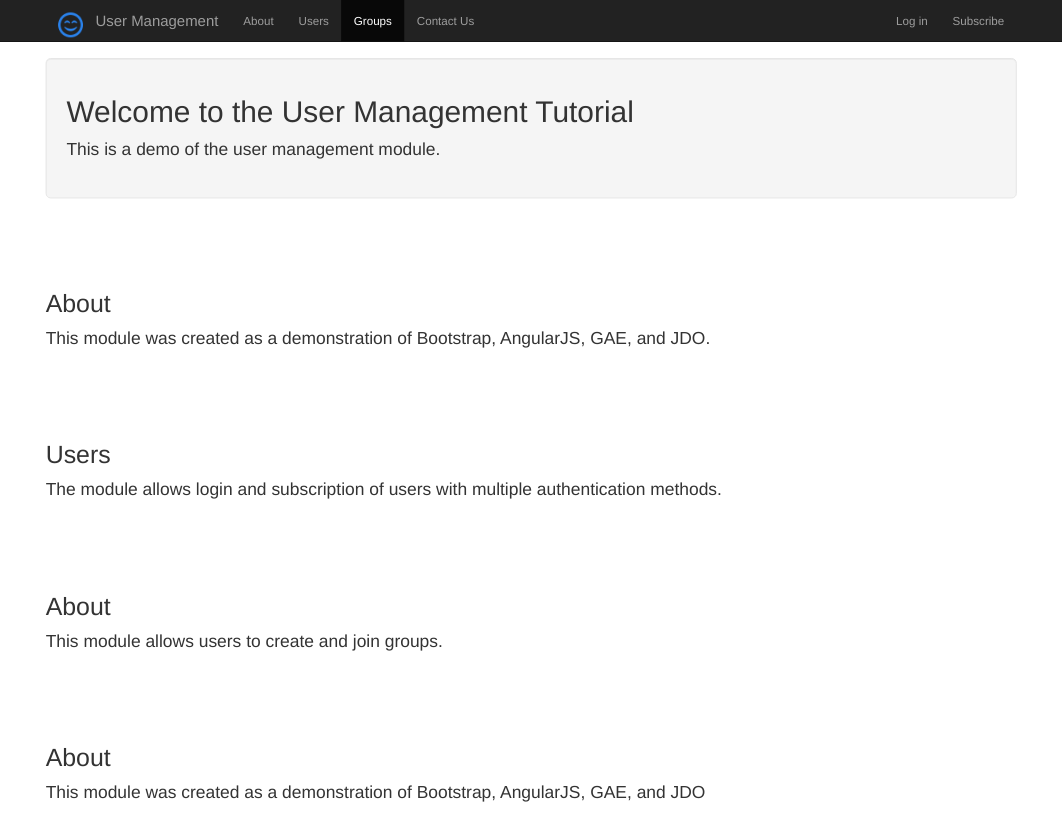
Repository: screenhunter/UMT
Page: UserManagement/war/guest/guest.html
The author's editor kept a copy of each file at every save. The page is drawn from the files as they stood at one save, then again after the next save.
The browser window is 1280 px wide. The pictures show the whole page, at 83% of full size.

Above is the page before, as saved 2015-07-29 17:35:29.

After the next save:
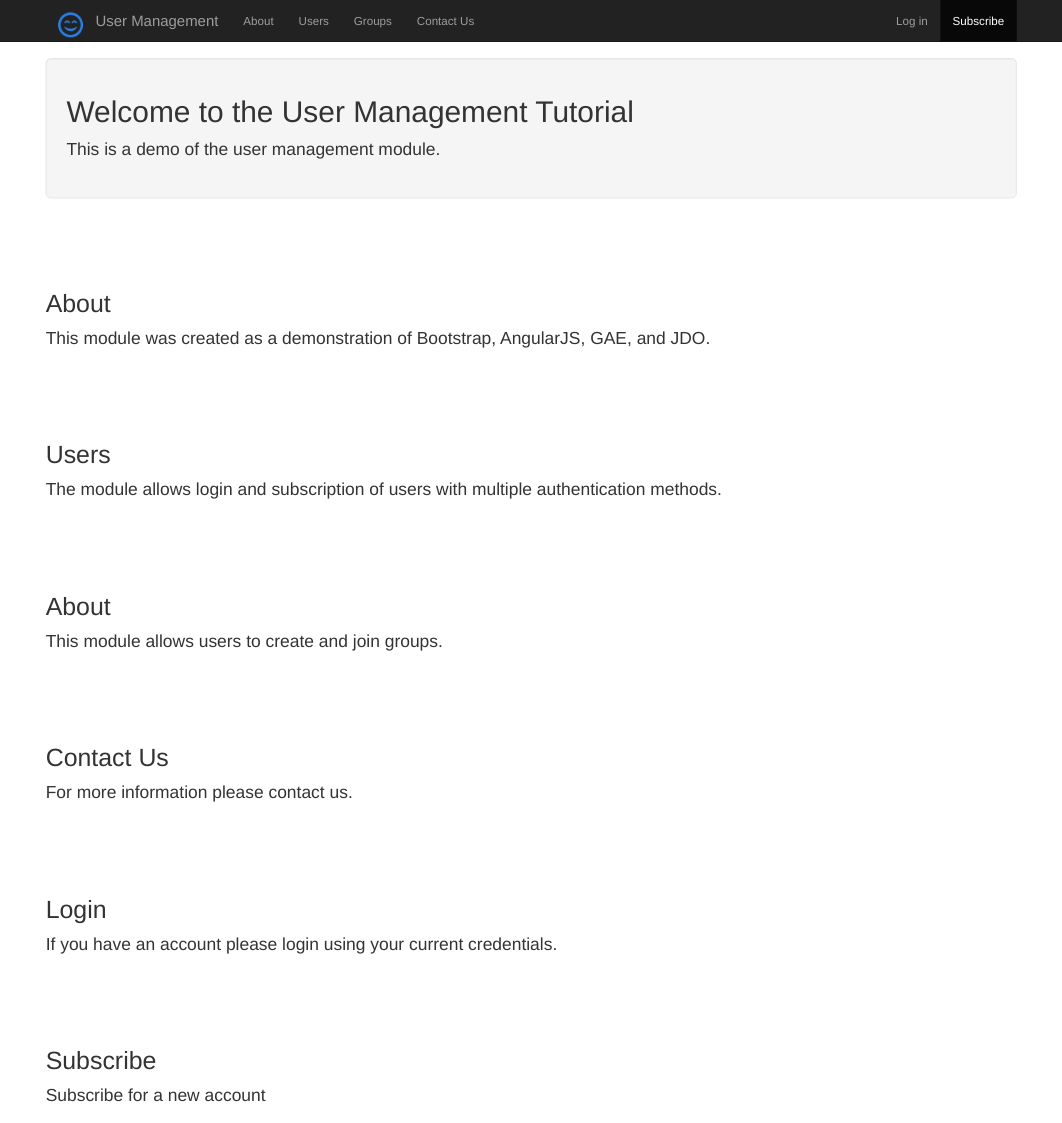
Saved 2 min 35 s later.
--- a/UserManagement/war/guest/guest.html
+++ b/UserManagement/war/guest/guest.html
@@ -97,9 +97,17 @@
 				<h2>About</h2>
 				<p class="lead">This module allows users to create and join groups.</p>
 			</div>
-			<div class="row menu-link" id="Contact">
-				<h2>About</h2>
-				<p class="lead">This module was created as a demonstration of Bootstrap, AngularJS, GAE, and JDO</p>
+			<div class="row menu-link" id="contact">
+				<h2>Contact Us</h2>
+				<p class="lead">For more information please contact us.</p>
+			</div>
+			<div class="row menu-link" id="login">
+				<h2>Login</h2>
+				<p class="lead">If you have an account please login using your current credentials.</p>
+			</div>
+			<div class="row menu-link" id="subscribe">
+				<h2>Subscribe</h2>
+				<p class="lead">Subscribe for a new account</p>
 			</div>
 		</div>
 	</div>
